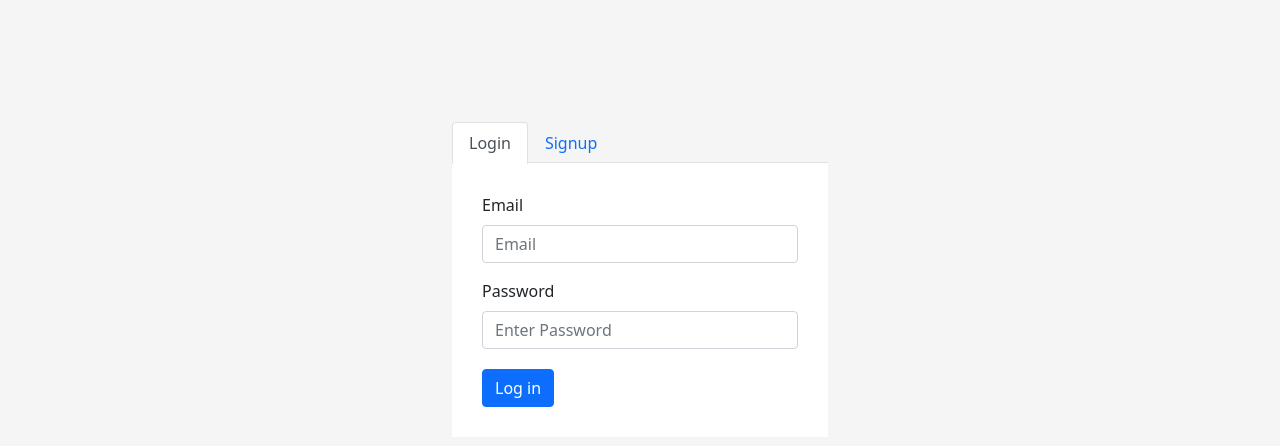
Repository: rabin-bhandari/LOGIN-SIGNUP
Page: http://localhost/
These files come from the project's save history. The page is drawn as it stood at one moment and after the next save; the edit follows.
The browser window is 1280 px wide. The pictures show the whole page.
Some web libraries are served in a nearby version. The page is run by PHP 8.4 with error messages shown; the project is at /var/www/html/.

Above is the page before, as saved 2022-03-28 04:49:51.

After the next save:
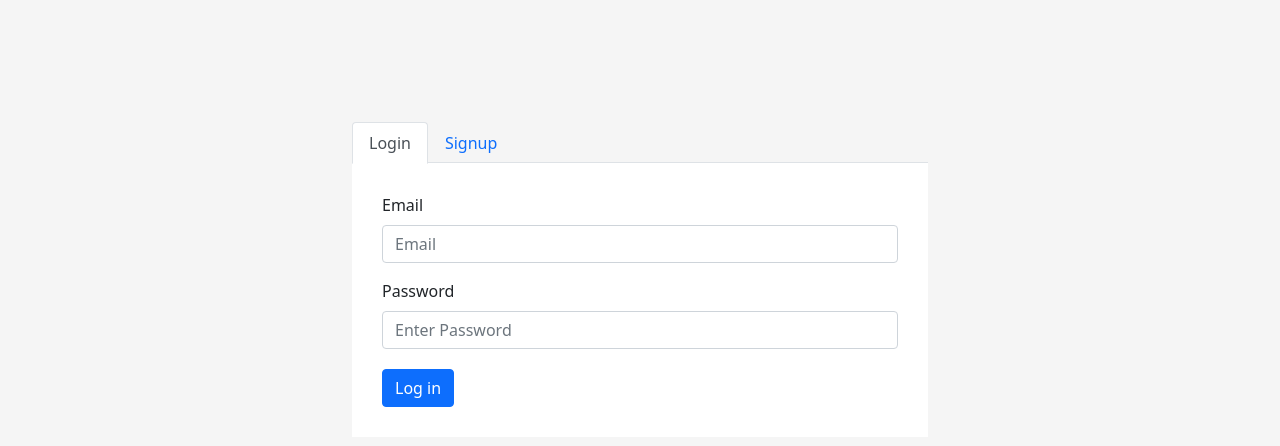
Saved 6 s later.
--- a/main.css
+++ b/main.css
@@ -8,7 +8,7 @@
 
 .container {
   display: table;
-  max-width: 400px;
+  max-width: 600px;
   margin: 50px auto;
 }
 

After the save that followed:
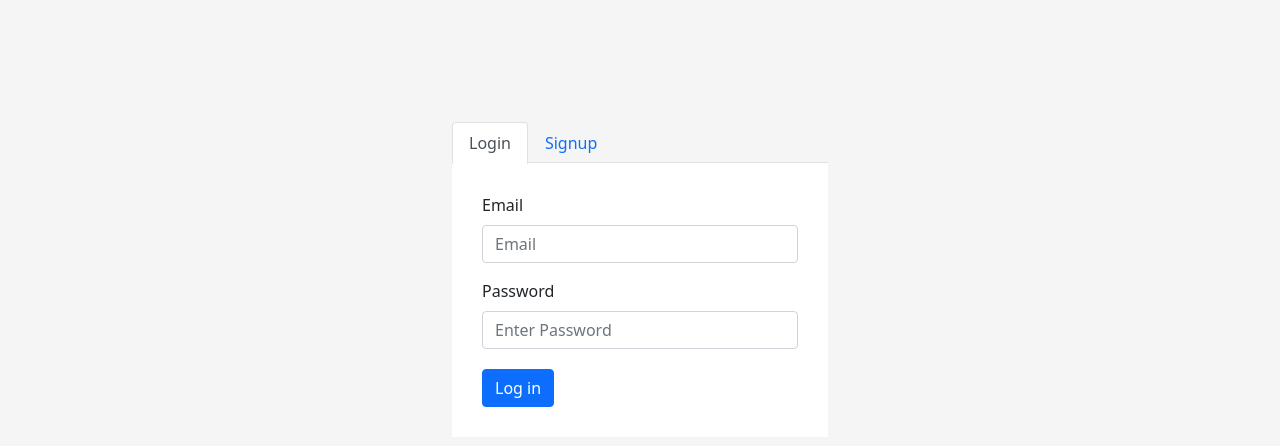
Saved 31 s later.
--- a/main.css
+++ b/main.css
@@ -8,7 +8,7 @@
 
 .container {
   display: table;
-  max-width: 600px;
+  max-width: 400px;
   margin: 50px auto;
 }
 
